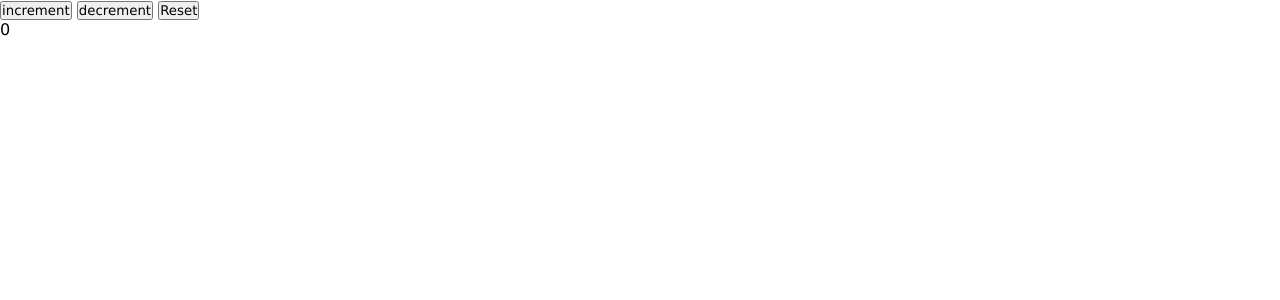
Repository: EguJaredoBoyd/Jared-Counter-App
Page: index.html
An editor plug-in stored every save of this project. The page is shown before and after the next save, followed by the edit.
The browser window is 1280 px wide. The pictures show the whole page.

Above is the page before, as saved 2025-11-17 16:48:26.

### index.html
<!DOCTYPE html>
<html lang="en">

<head>
    <meta charset="UTF-8">
    <meta name="viewport" content="width=device-width, initial-scale=1.0">
    <title>Document</title>
    <link rel="stylesheet" href="style.css">
    <script src="script.js" defer></script>
</head>

<body>
    <button id="increment">increment</button>
    <button id="decrement">decrement</button>
    <button id="reset">Reset</button>

    <p id="start-count">0</p>

</body>

</html>

### style.css
* {
    padding: 0;
    margin: 0;
    box-sizing: border-box;
    font-family: Verdana, Geneva, Tahoma, sans-serif;

}

:root {
    --primary-color: #0d1b2a;
    --secondary-color: #e0e1dd;
}

### script.js
//Get the last number clicked
let numberCount = Number(localStorage.getItem('increment')) || 0;

//Get last button clicked once the browser loads
let savedColor = localStorage.getItem('color');
let savedColor2 = localStorage.getItem('color2');
let savedColor3 = localStorage.getItem('color3')

let numberIncrement = document.querySelector('#increment');
let numberDecrement = document.getElementById('decrement');
let numberReset = document.querySelector('#reset');
let startCount = document.getElementById('start-count');

//Loads the the page with the last clicked number
startCount.textContent = numberCount;

//Uses the saved colour as a variable for the string 'red'
if (savedColor) {
    numberIncrement.style.backgroundColor = savedColor;
}
if (savedColor2) {
    numberDecrement.style.backgroundColor = savedColor2
}
if (savedColor3) {
    numberReset.style.backgroundColor = savedColor3;
}



numberIncrement.addEventListener('click', () => {
    let incrementColor = numberIncrement.style.backgroundColor = 'red';

    //Reset the other button colours
    numberDecrement.style.background = '';
    numberReset.style.background = '';

    //Save the color so it reminds user of last button clicked
    localStorage.setItem('color', incrementColor)
    //Remove colour storage for other buttons
    localStorage.removeItem('color2')
    localStorage.removeItem('color3')

    let counting = startCount.textContent = numberCount += 1;
    if (counting > 0) {
        startCount.style.color = 'green'
    }
    else if (counting === 0) {
        startCount.style.color = 'black';
    }
    if (numberCount < 0) {
        startCount.style.color = 'red'
    }

    //Save the number count to the localStorage
    localStorage.setItem('increment', numberCount);

})
numberDecrement.addEventListener('click', () => {
    let decrementColor = numberDecrement.style.backgroundColor = 'yellow';

    //Reset the other button colours
    numberIncrement.style.backgroundColor = '';
    numberReset.style.backgroundColor = '';

    //Save the color so it reminds user of last button clicked
    localStorage.setItem('color2', decrementColor)
    //Remove colour storage for other buttons
    localStorage.removeItem('color');
    localStorage.removeItem('color3')

    let negativeCounting = startCount.textContent = numberCount -= 1;
    if (negativeCounting < 0) {
        startCount.style.color = 'red'
    }
    else if (negativeCounting === 0) {
        startCount.style.color = 'black'
    }
    localStorage.setItem('increment', numberCount);
})
numberReset.addEventListener('click', () => {
    let resetColor = numberReset.style.backgroundColor = 'Blue';

    //Reset the other button colours
    numberIncrement.style.backgroundColor = '';
    numberDecrement.style.backgroundColor = '';

    //Save the color so it reminds user of last button clicked
    localStorage.setItem('color3', resetColor)
    //Remove colour storage for other buttons
    localStorage.removeItem('color');
    localStorage.removeItem('color2');

    let resetCounting = startCount.textContent = numberCount = 0;
    if (resetCounting === 0) {
        startCount.style.color = 'black'
    }
    localStorage.setItem('increment', numberCount);
})

After the next save:
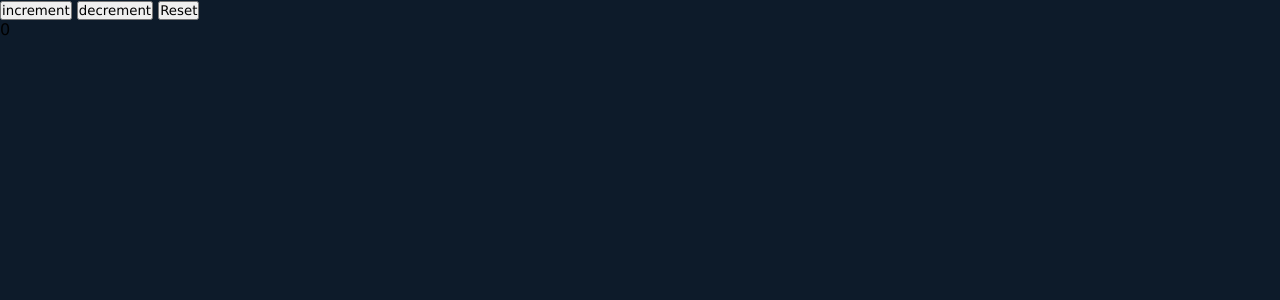
Saved 9 min 2 s later.
--- a/style.css
+++ b/style.css
@@ -10,3 +10,7 @@
     --primary-color: #0d1b2a;
     --secondary-color: #e0e1dd;
 }
+
+body {
+    background-color: var(--primary-color);
+}
